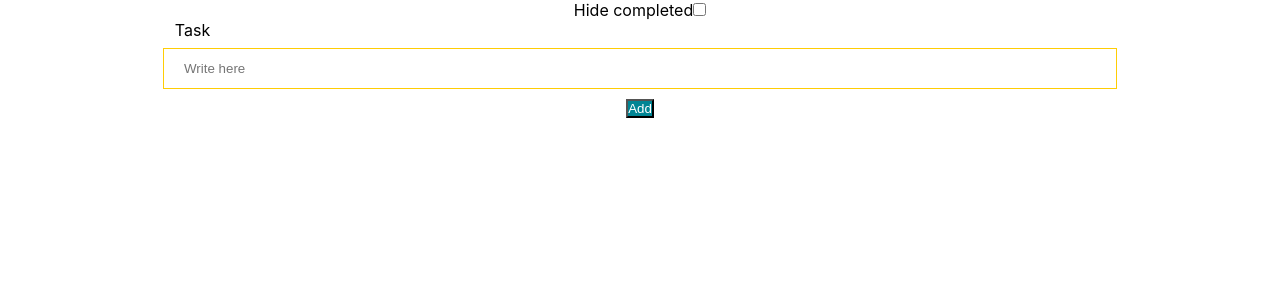
Repository: ArusyakAghajanyan/ToDoMamble
Page: /
These files come from the project's save history. The page is drawn as it stood at one moment and after the next save; the edit follows.
The browser window is 1280 px wide. The pictures show the whole page.
The project was rebuilt for these pictures with package versions that can differ from the ones it lists, and the page was loaded fresh each time. Also part of the build but not shown: src/components/ToDoItem.jsx, src/components/confirm.css, src/components/Confirm.jsx.

Above is the page before, as saved 2022-05-23 00:17:33.

After the next save:
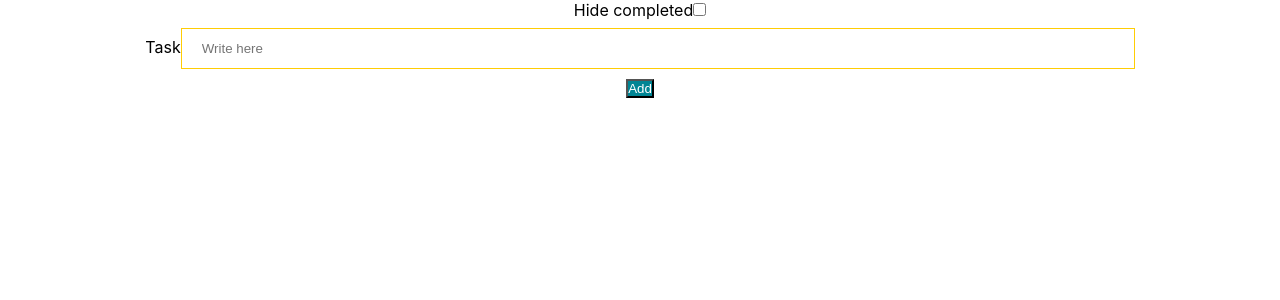
Saved 30 s later.
--- a/src/components/addItem.css
+++ b/src/components/addItem.css
@@ -19,7 +19,7 @@
     border: 1px solid rgb(90, 10, 90)
 }
 .taskLabel{
-    padding: 15px 900px 200px 5px;
+
 
 
 }
